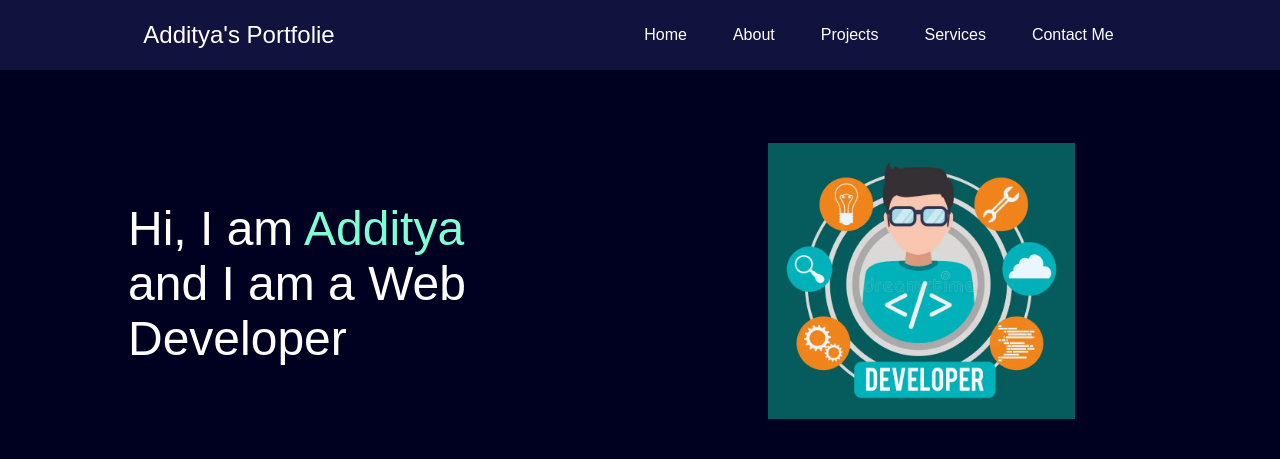
Repository: VictoriousMango/Portfolio
Page: index.html
These files come from the project's save history. The page is drawn as it stood at one moment and after the next save; the edit follows.
The browser window is 1280 px wide. The pictures show the whole page.

Above is the page before, as saved 2023-08-27 09:46:13.

After the next save:
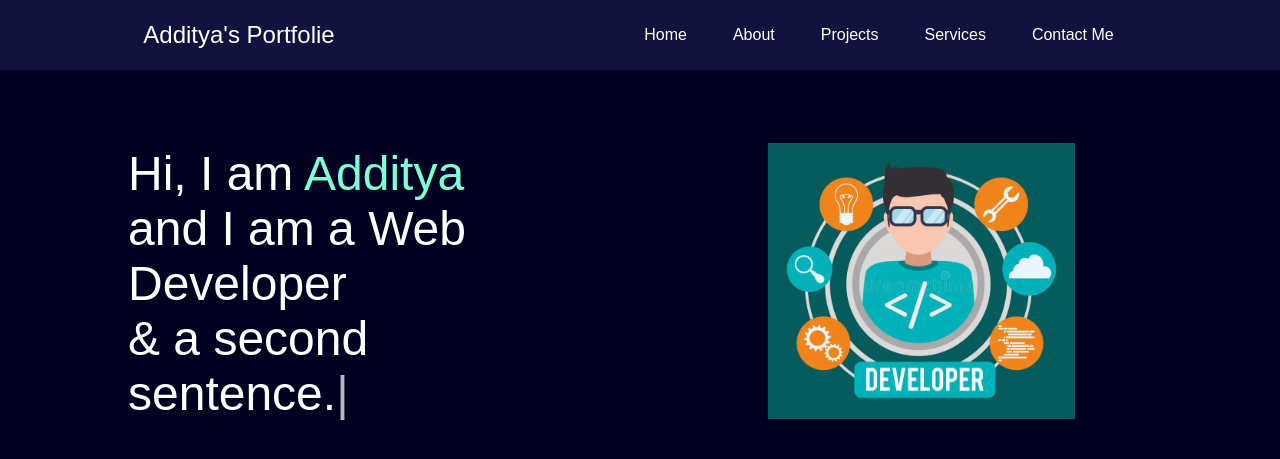
Saved 67 s later.
--- a/index.html
+++ b/index.html
@@ -16,53 +16,64 @@
             color: white;
             font-family: 'Poppins', sans-serif;
         }
-        nav{
+
+        nav {
             display: flex;
             justify-content: space-around;
             align-items: center;
             height: 70px;
             background-color: rgb(18, 18, 62);
         }
-        nav ul{
+
+        nav ul {
             display: flex;
             justify-content: center;
         }
+
         nav ul li {
             list-style: none;
             margin: 0 23px;
         }
+
         nav ul li a {
             text-decoration: none;
             color: white;
         }
+
         nav ul li a:hover {
             color: rgb(153, 153, 226);
             font-size: 1.05rem;
         }
+
         .left {
             font-size: 1.5rem;
         }
-        .firstSection{
+
+        .firstSection {
             display: flex;
             justify-content: space-around;
             align-items: center;
             margin: 23px 0;
         }
-        .firstSection > div{
+
+        .firstSection>div {
             width: 30%;
         }
-        .leftSection{
+
+        .leftSection {
             font-size: 3rem;
         }
+
         /* .rightSection{
             background-color: red;
         } */
-        .rightSection img{
+        .rightSection img {
             width: 80%;
             margin: 50px 0;
         }
-        .purple{
-            color:aquamarine;
+
+        .purple {
+            color: aquamarine;
         }
     </style>
 </head>
@@ -88,11 +99,18 @@
             <div class="leftSection">
                 Hi, I am <span class="purple">Additya</span>
                 <div>and I am a Web Developer</div>
+                <span id="element"></span>
             </div>
             <div class="rightSection"><img src="Web Dev.webp" alt=""></div>
         </section>
     </main>
     <script src="https://unpkg.com/typed.js@2.0.16/dist/typed.umd.js"></script>
+    <script>
+        var typed = new Typed('#element', {
+            strings: ['<i>First</i> sentence.', '&amp; a second sentence.'],
+            typeSpeed: 50,
+        });
+    </script>
 </body>
 
 </html>
